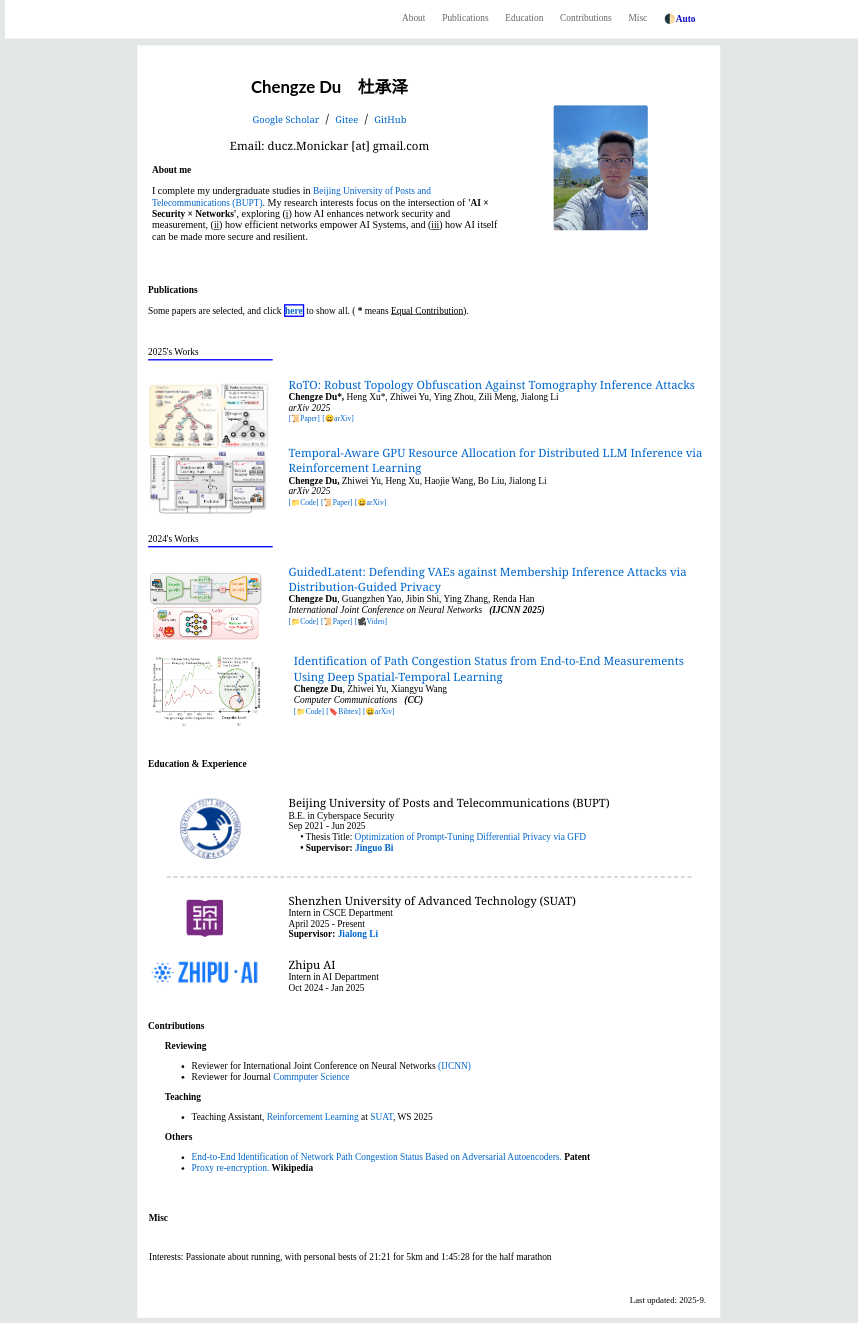
Repository: Monickar/Monickar.github.io
Page: index.html
The author's editor kept a copy of each file at every save. The page is drawn from the files as they stood at one save, then again after a run of saves.
The browser window is 1280 px wide. The pictures show the whole page, at 67% of full size.

Above is the page before, as saved 2025-10-28 18:45:51.

After the next 5 saves:
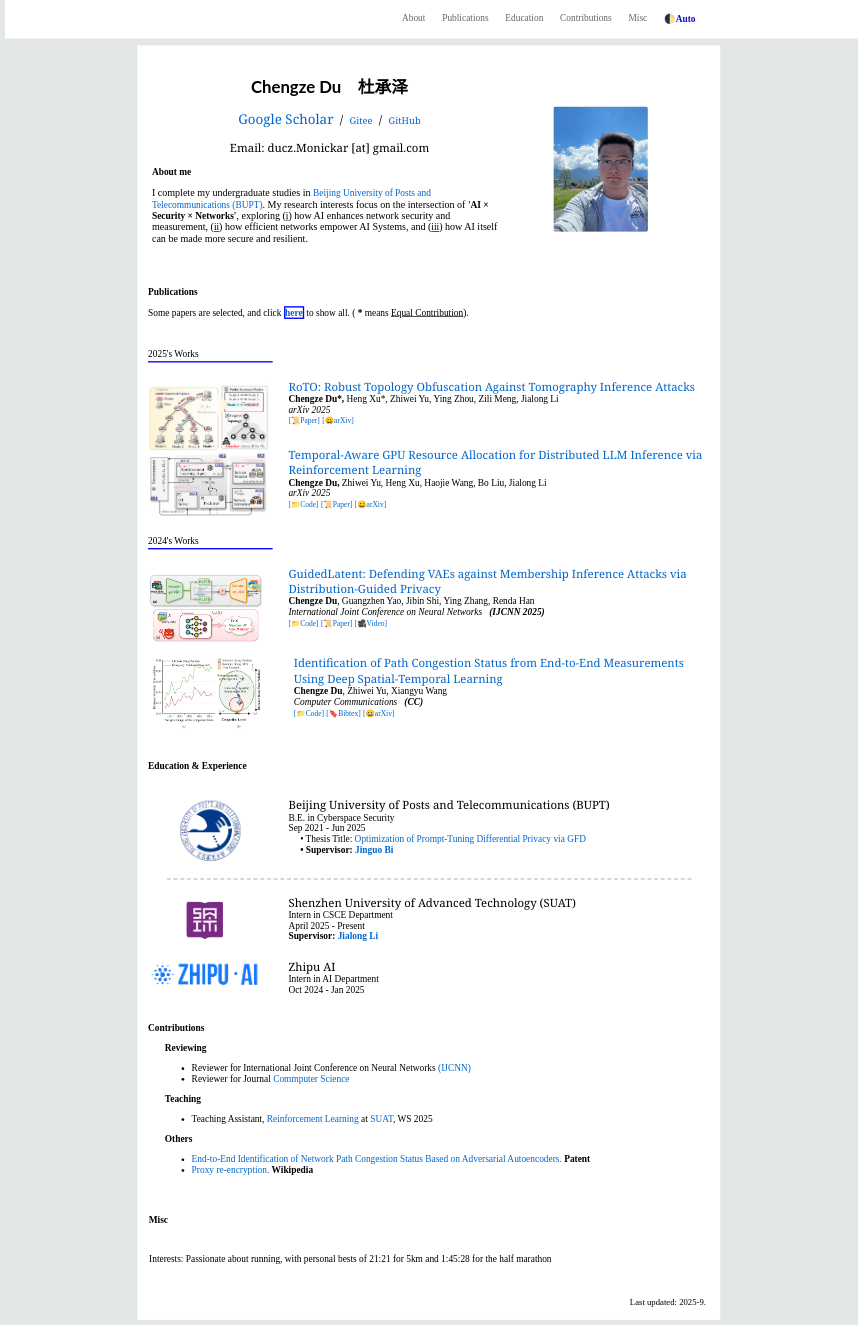
The 5 saves are shown as one change because they came seconds apart.
The last was saved 37 s later.
--- a/index.html
+++ b/index.html
@@ -55,7 +55,7 @@
                 </p>
 
                 <p style="text-align:center; font-size: 18px; font-family: Georgia">
-                  <a href="https://scholar.google.com/citations?hl=zh-CN&user=y4ty-f4AAAAJ">Google Scholar</a> &nbsp;/&nbsp;
+                  <a href="https://scholar.google.com/citations?hl=zh-CN&user=y4ty-f4AAAAJ" style="font-size: 20px;">Google Scholar</a> &nbsp;/&nbsp;
                   <a href="https://gitee.com/monickar">Gitee</a> &nbsp;/&nbsp;
                   <a href="https://github.com/Monickar">GitHub</a>
                 </p>

After the save that followed:
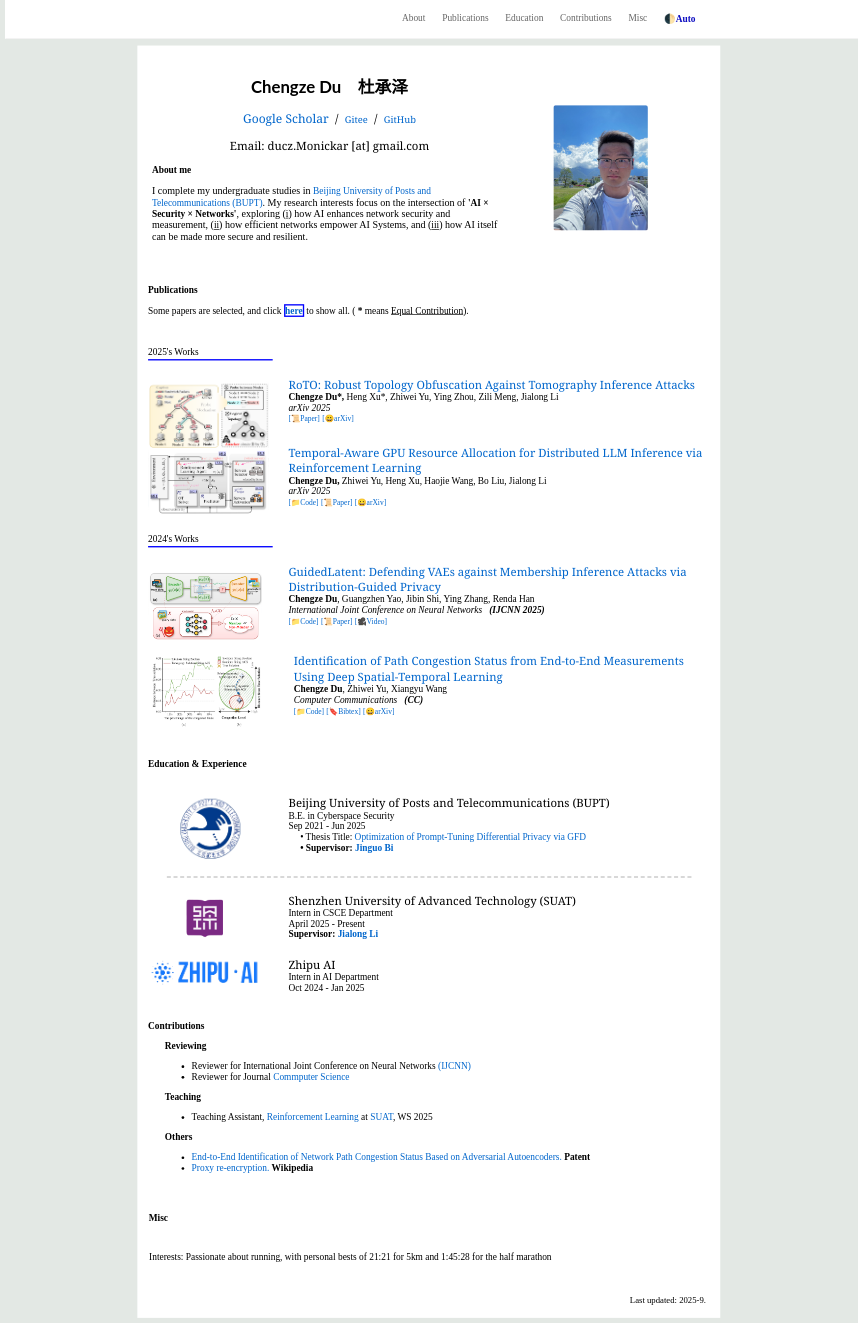
Saved 4 s later.
--- a/index.html
+++ b/index.html
@@ -55,7 +55,7 @@
                 </p>
 
                 <p style="text-align:center; font-size: 18px; font-family: Georgia">
-                  <a href="https://scholar.google.com/citations?hl=zh-CN&user=y4ty-f4AAAAJ" style="font-size: 20px;">Google Scholar</a> &nbsp;/&nbsp;
+                  <a href="https://scholar.google.com/citations?hl=zh-CN&user=y4ty-f4AAAAJ" style="font-size: 18px;">Google Scholar</a> &nbsp;/&nbsp;
                   <a href="https://gitee.com/monickar">Gitee</a> &nbsp;/&nbsp;
                   <a href="https://github.com/Monickar">GitHub</a>
                 </p>
